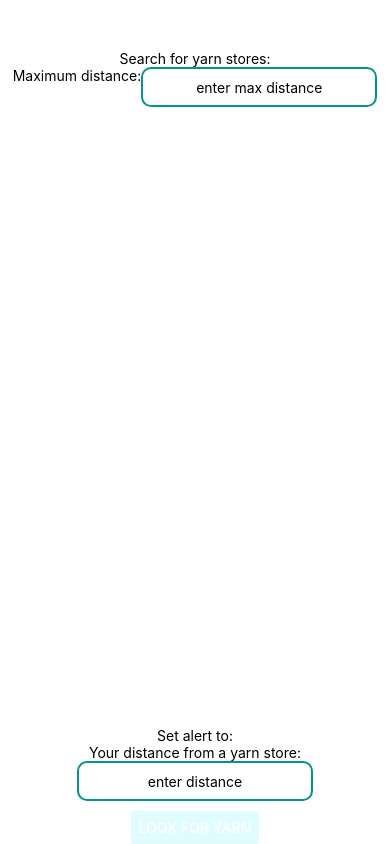
Repository: anuslorah/StashEnhancer
Screen: / (app in StashEnhancer1/)
The author's editor kept a copy of each file at every save. The screen is drawn from the files as they stood at one save, then again after the next save.
The app was drawn by React Native's web renderer in a window 390 px wide. The project was rebuilt for these pictures with package versions that can differ from the ones it lists, and the page was loaded fresh each time.

Above is the screen before, as saved 2019-06-27 18:16:04.

After the next save:
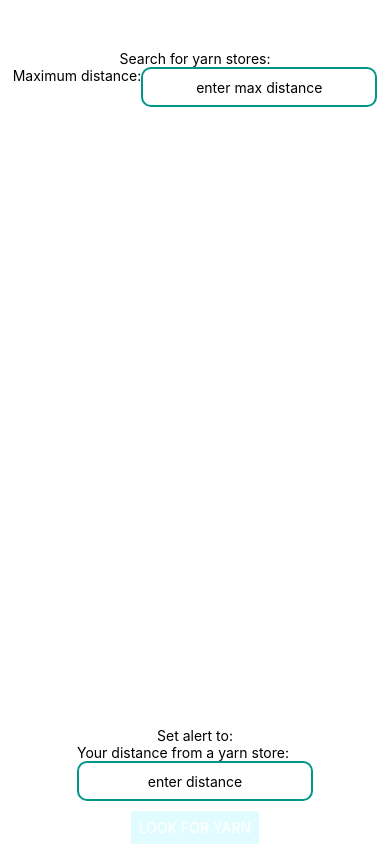
Saved 53 s later.
--- a/StashEnhancer1/App.js
+++ b/StashEnhancer1/App.js
@@ -6,18 +6,22 @@ export default function App() {
     <View style={styles.container}>
       <Text>Search for yarn stores:</Text>
       <View style={styles.row}>
-      <Text>Maximum distance:</Text><TextInput
-          placeholder="enter max distance"
-          underlineColorAndroid='transparent'
-          style={styles.TextInputStyle}
-          keyboardType={'numeric'}></TextInput>
+        <Text>Maximum distance:</Text>
+        <TextInput
+            placeholder="enter max distance"
+            underlineColorAndroid='transparent'
+            style={styles.TextInputStyle}
+            keyboardType={'numeric'}></TextInput>
       </View>
       <Text>Set alert to:</Text>
-      <Text>Your distance from a yarn store:</Text><TextInput
-          placeholder="enter distance"
-          underlineColorAndroid='transparent'
-          style={styles.TextInputStyle}
-          keyboardType={'numeric'}></TextInput>
+      <View>
+        <Text>Your distance from a yarn store:</Text>
+        <TextInput
+            placeholder="enter distance"
+            underlineColorAndroid='transparent'
+            style={styles.TextInputStyle}
+            keyboardType={'numeric'}></TextInput>
+      </View>
       <Button
         // onPress={onPressLearnMore}
         title="look for yarn"
